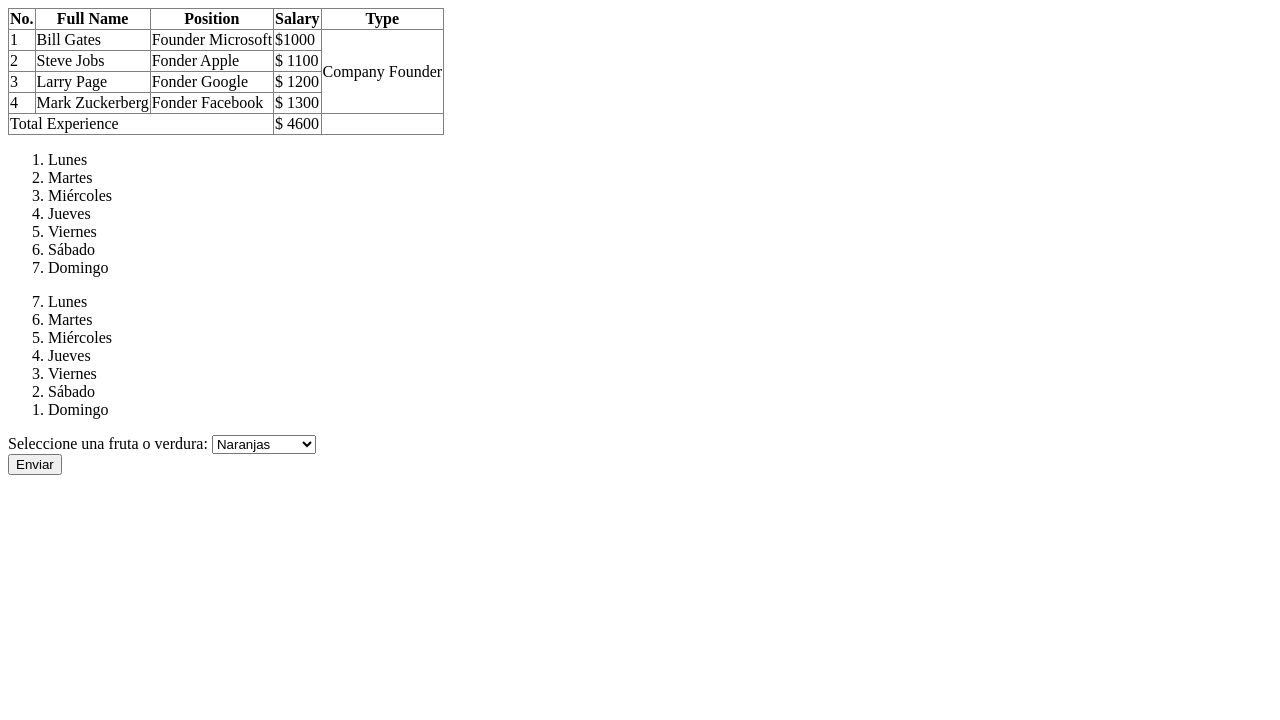
Repository: ScoggoDev/DesarrolloWeb
Page: tarea en equipo 1/tep1.html
An editor plug-in stored every save of this project. The page is shown before and after the next save, followed by the edit.
The browser window is 1280 px wide. The pictures show the whole page.

Above is the page before, as saved 2021-07-07 19:10:06.

### tarea en equipo 1/tep1.html
<!DOCTYPE html>
<html lang="es">
    <head>
        <meta charset="UTF-8">
        <meta http-equiv="X-UA-Compatible" content="IE=edge">
        <meta name="viewport" content="width=device-width, initial-scale=1.0">

        <title>Ejercicio en equipo</title>
    </head>

    <body>
        <table border= "1"; style= "border-collapse:collapse">
                <tr>
                    <th>No.</th>
                    <th>Full Name</th>
                    <th>Position</th>
                    <th>Salary</th>
                    <th>Type</th>
                </tr>
                <tr>
                    <td>1</td>
                    <td>Bill Gates</td>
                    <td>Founder Microsoft</td>
                    <td>$1000</td>
                    <td rowspan="4">Company Founder</td>
                </tr>
                <tr>
                    <td>2</td>
                    <td>Steve Jobs</td>
                    <td>Fonder Apple</td>
                    <td>$ 1100</td>
                </tr>
                <tr>
                    <td>3</td>
                    <td>Larry Page</td>
                    <td>Fonder Google</td>
                    <td>$ 1200</td>
                </tr>
                <tr>
                    <td>4</td>
                    <td>Mark Zuckerberg</td>
                    <td>Fonder Facebook</td>
                    <td>$ 1300</td>
                </tr>
                <tr>
                    <td colspan="3">Total Experience</td>
                    <td>$ 4600</td>
                </tr>
        </table>
        <ol>
            <li>Lunes</li>
            <li>Martes</li>
            <li>Miércoles</li>
            <li>Jueves</li>
            <li>Viernes</li>
            <li>Sábado</li>
            <li>Domingo</li>
        </ol>
        <ol reversed>
            <li>Lunes</li>
            <li>Martes</li>
            <li>Miércoles</li>
            <li>Jueves</li>
            <li>Viernes</li>
            <li>Sábado</li>
            <li>Domingo</li>
        </ol>

        <label for="food">Seleccione una fruta o verdura:</label>
        <select name="food" id="food">
            <optgroup label="Frutas">
                <option>Naranjas</option>
                <option>Manzanas</option>
                <option>Frutlla</option>
                <option>Durazno</option>
            </optgroup>
            <optgroup label="Verduras">
                <option>Lechuga</option>
                <option>Acelga</option>
                <option>Zapallo</option>
                <option>Papas</option>
                <option>Batatas</option>
                <option>Zanahorias</option>
                <option>Rabanitos</option>
                <option>Calabazas</option>
            </optgroup>
        </select>
        <br>
        <button type="button">Enviar</button>
    </body>
</html>

After the next save:
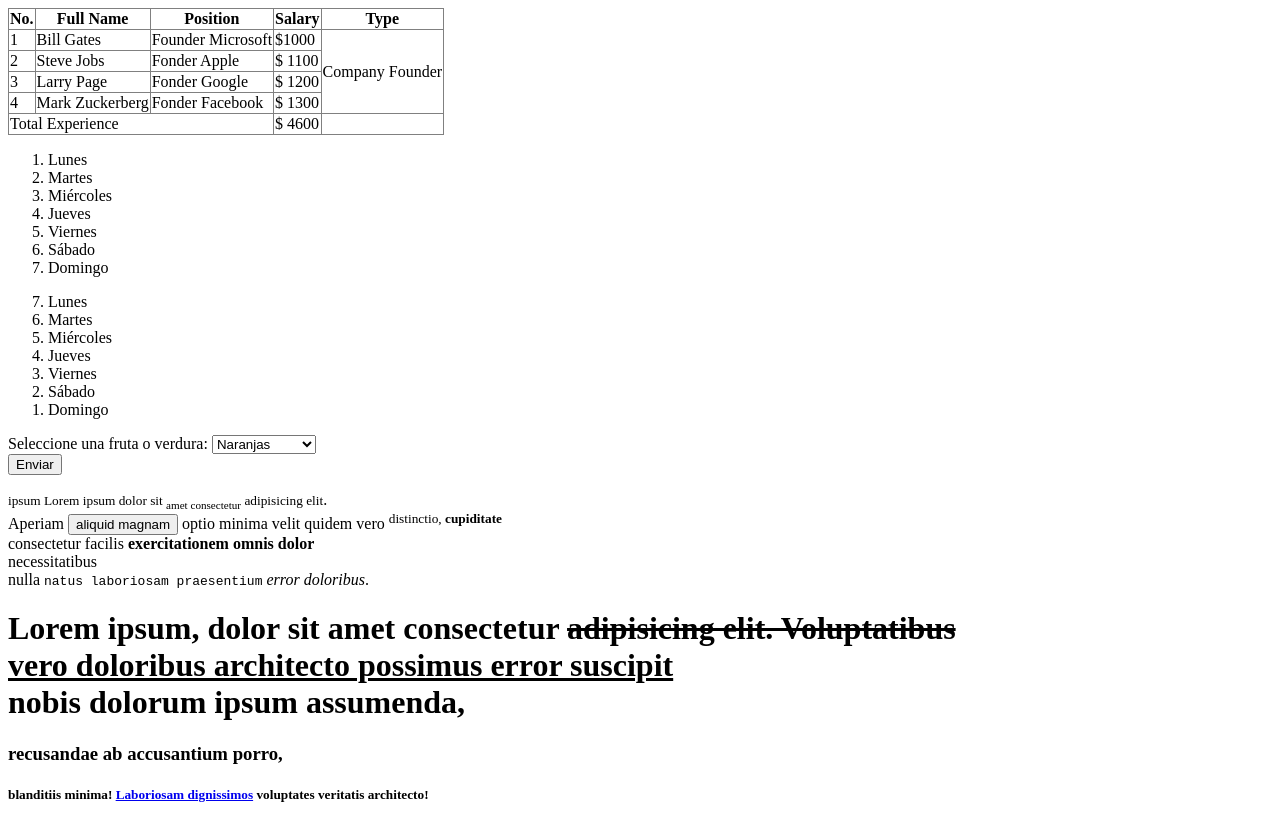
Saved 72 s later.
--- a/tarea en equipo 1/tep1.html
+++ b/tarea en equipo 1/tep1.html
@@ -87,5 +87,20 @@
         </select>
         <br>
         <button type="button">Enviar</button>
+
+        <p>
+            <small>ipsum Lorem ipsum dolor sit <sub> amet consectetur</sub> adipisicing elit</small>. <br>
+           Aperiam <button> aliquid magnam</button> optio minima
+           velit quidem vero <sup> distinctio, <b> cupiditate</b> <br> </sup>consectetur facilis <strong> exercitationem omnis dolor </strong> <br>
+           necessitatibus <br>
+           nulla <code> natus laboriosam praesentium</code> <i> error doloribus</i>.
+           <br>
+           <h1> Lorem ipsum, dolor sit amet consectetur <del> adipisicing elit. Voluptatibus</del> <br>
+                <ins> vero doloribus architecto possimus error suscipit</ins> <br>
+                 nobis dolorum ipsum assumenda,
+           </h1>
+           <h3> recusandae ab accusantium porro, </h3>
+           <h5> blanditiis minima! <a href="www.google.com.uy">Laboriosam dignissimos</a> voluptates veritatis architecto!</h5>
+       </p>
     </body>
 </html>
